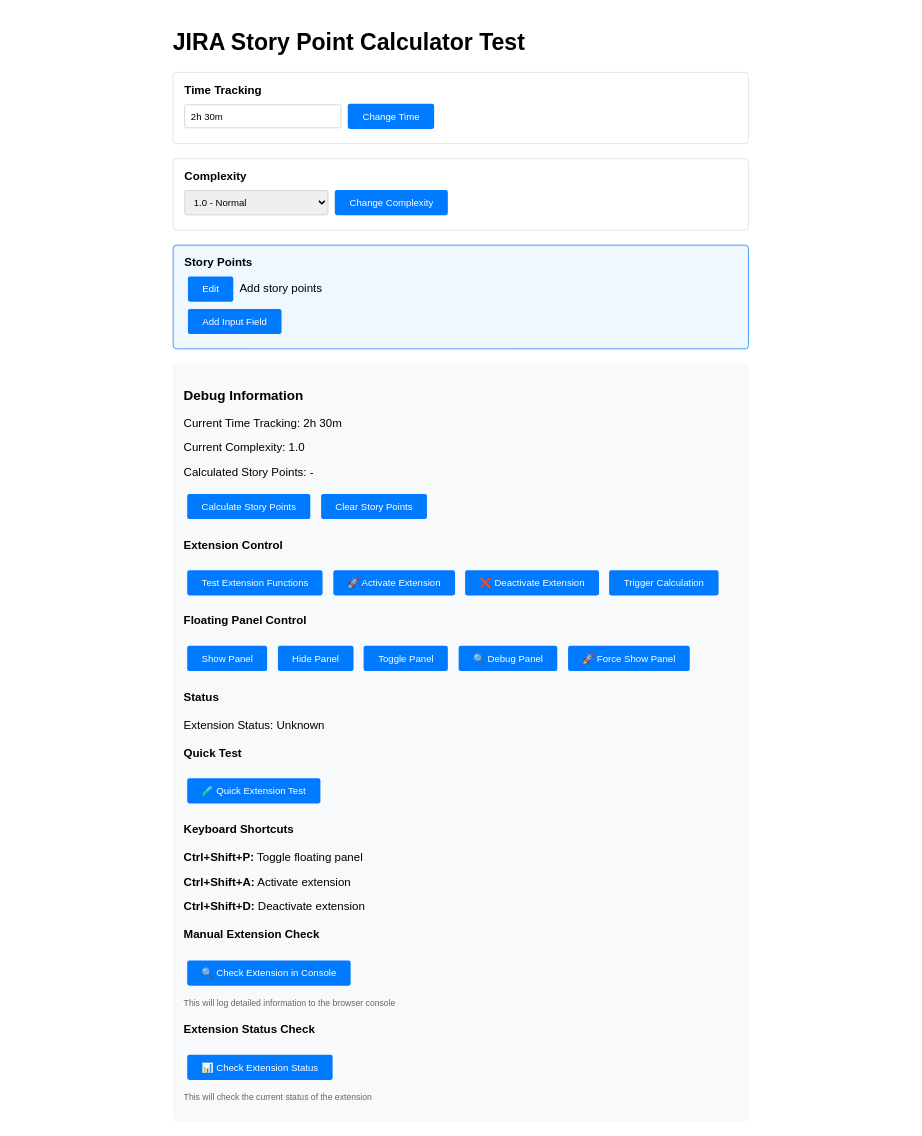
Repository: nirazanbasnet/jira-story-point-calculator
Page: test.html
These files come from the project's save history. The page is drawn as it stood at one moment and after the next save; the edit follows.
The browser window is 1280 px wide. The pictures show the whole page, at 72% of full size.

Above is the page before, as saved 2025-09-01 21:00:53.

After the next save:
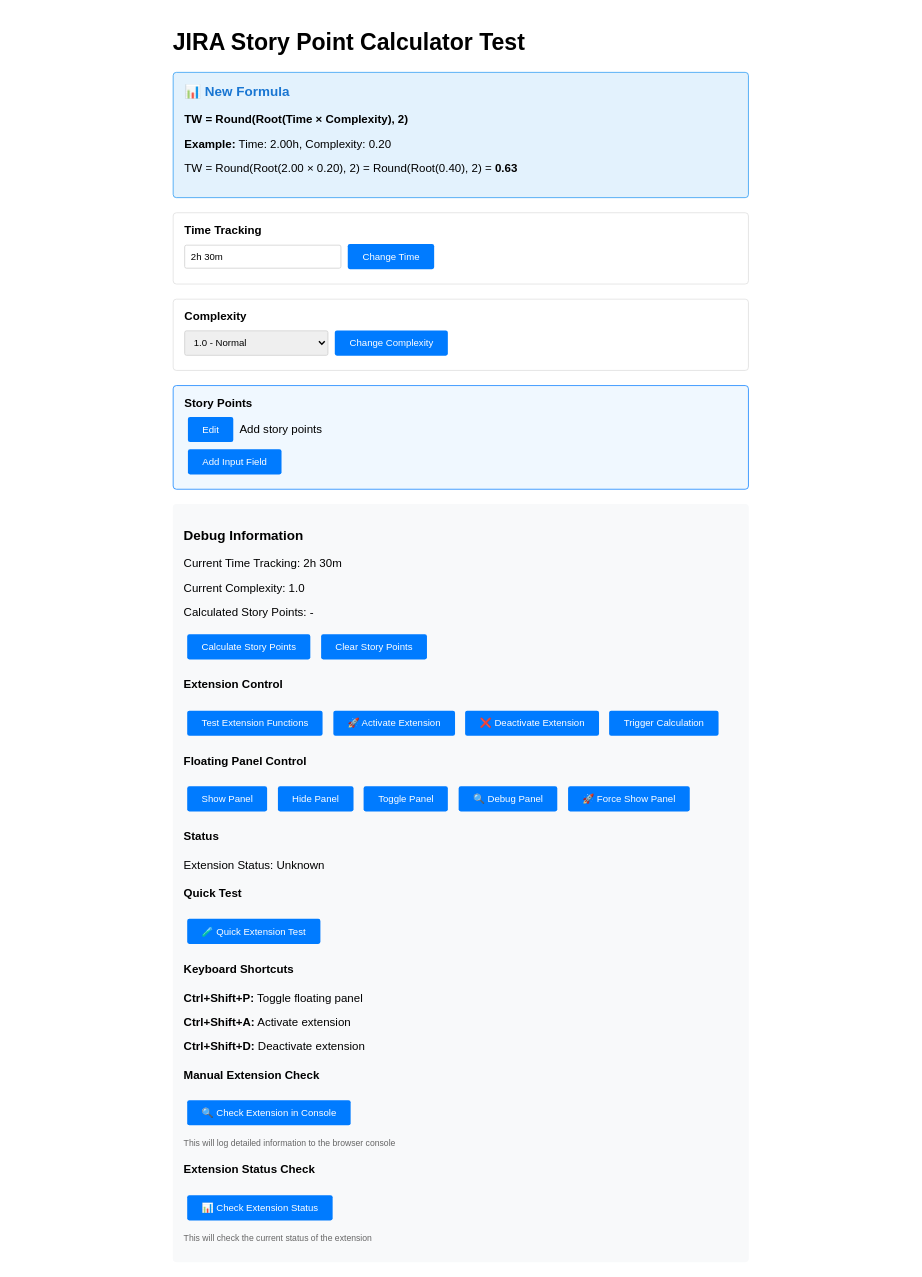
Saved 10 s later.
--- a/test.html
+++ b/test.html
@@ -63,6 +63,13 @@
 
 <body>
     <h1>JIRA Story Point Calculator Test</h1>
+
+    <div style="background: #e3f2fd; border: 1px solid #2196f3; border-radius: 5px; padding: 15px; margin-bottom: 20px;">
+        <h3 style="margin-top: 0; color: #1976d2;">📊 New Formula</h3>
+        <p><strong>TW = Round(Root(Time × Complexity), 2)</strong></p>
+        <p><strong>Example:</strong> Time: 2.00h, Complexity: 0.20</p>
+        <p>TW = Round(Root(2.00 × 0.20), 2) = Round(Root(0.40), 2) = <strong>0.63</strong></p>
+    </div>
 
     <div class="field-group">
         <div class="field-label">Time Tracking</div>
